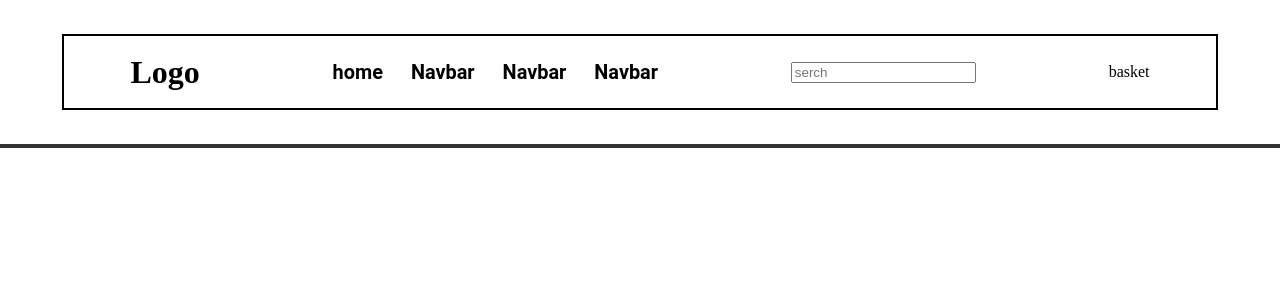
Repository: Islam432/Islam-and-Arsi---team
Page: /
These files come from the project's save history. The page is drawn as it stood at one moment and after a run of saves; the edit follows.
The browser window is 1280 px wide. The pictures show the whole page.
The project was rebuilt for these pictures with package versions that can differ from the ones it lists, and the page was loaded fresh each time. Also part of the build but not shown: vite.config.js, src/App.css, src/components/Home/Home.module.css, src/components/Comp/Comp.jsx.

Above is the page before, as saved 2023-03-11 22:50:29.

After the next 4 saves:
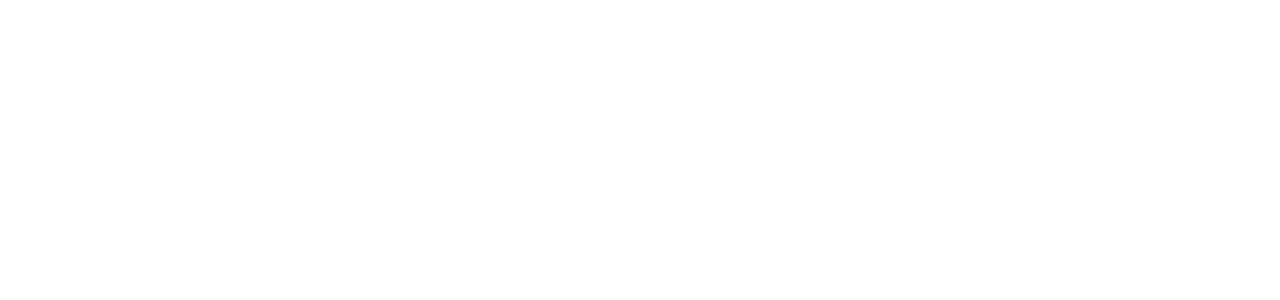
Console error: ReferenceError: cont1 is not defined
The 4 saves are shown as one change because 2 did not build or start and some came seconds apart.
The last was saved 61 s later.
--- a/src/components/Home/Home.jsx
+++ b/src/components/Home/Home.jsx
@@ -4,6 +4,6 @@
 
 export const Home = () => {
   return (
-    <div className=''></div>
+    <div className={cont1}></div>
   )
 }

After the 3 saves that followed:
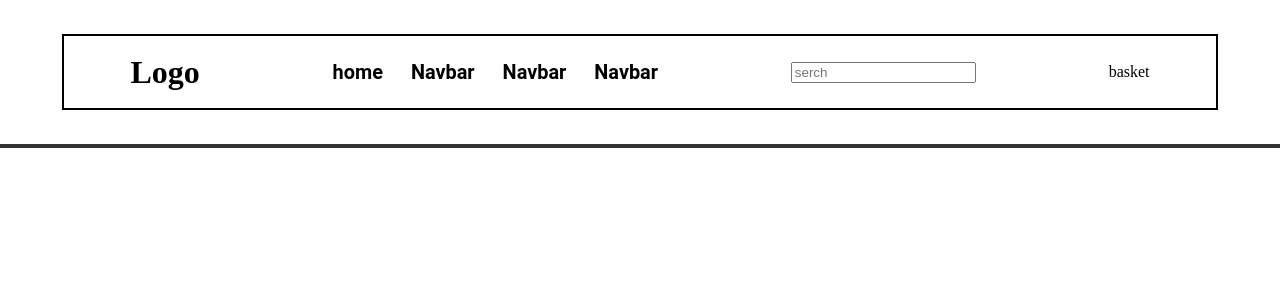
The error is gone.
The 3 saves are shown as one change because they came seconds apart.
The last was saved 10 s later.
--- a/src/components/Home/Home.jsx
+++ b/src/components/Home/Home.jsx
@@ -4,6 +4,6 @@
 
 export const Home = () => {
   return (
-    <div className={cont1}></div>
+    <div className={styles.cont}></div>
   )
 }
